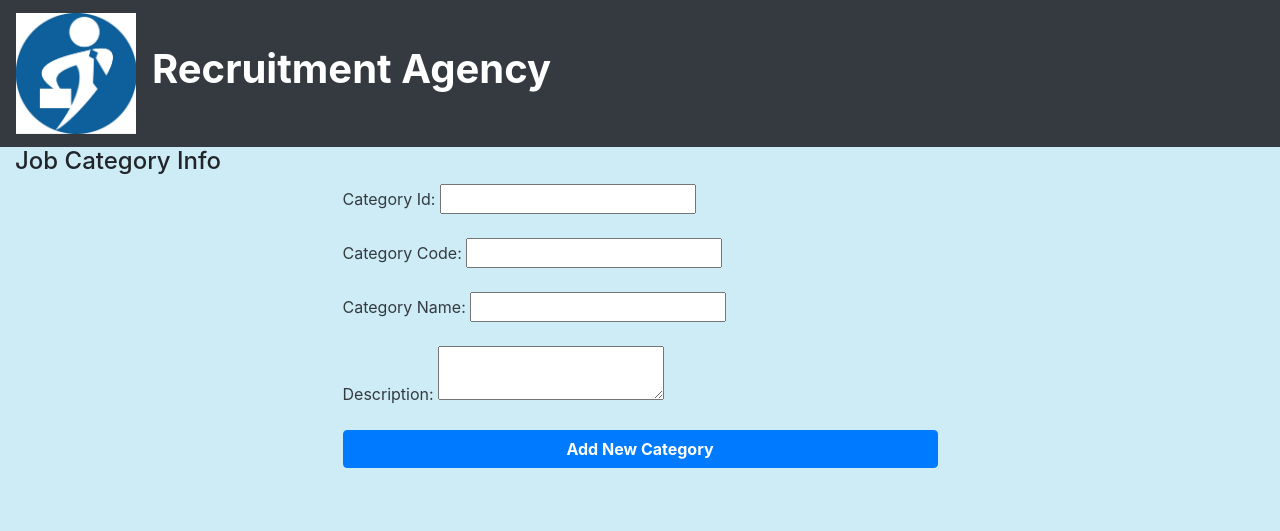
Repository: ism-shahriar/RecruitmentAgencyPortal
Page: http://localhost/index
An editor plug-in stored every save of this project. The page is shown before and after the next save, followed by the edit.
The browser window is 1280 px wide. The pictures show the whole page.
The page is this project's Thymeleaf template; nobody is signed in. The template is opened directly, without the code that normally fills it, so the values that code supplies are empty.

Above is the page before, as saved 2020-04-17 06:12:03.

After the next save:
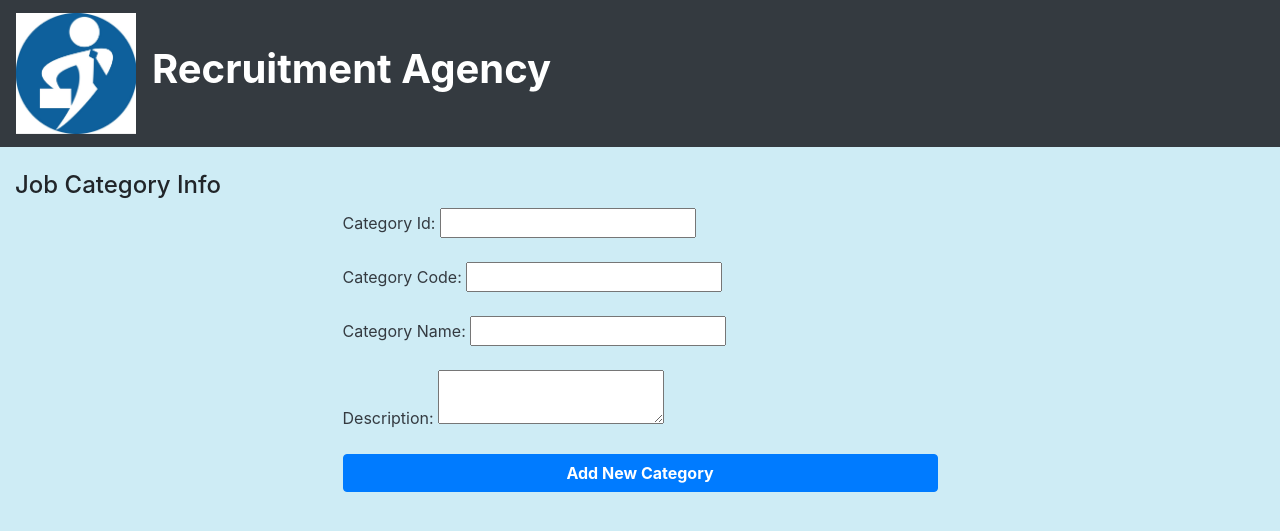
Saved 7 s later.
--- a/MicroServiceJobCat/src/main/resources/templates/index.html
+++ b/MicroServiceJobCat/src/main/resources/templates/index.html
@@ -13,7 +13,7 @@
 		</a>
 		<h1 style="font-weight: bold; color: white">Recruitment Agency</h1>
 	</nav>
-	<div class="container-fluid" style="background-color: #CEECF5">
+	<div class="container-fluid" style="background-color: #CEECF5"><br>
 	<h4>Job Category Info</h4>
 		<form class="container text-dark" style="width: 50%" action="add" method="POST">
 			Category Id: <input type="text" name="catId" /><br></br>
